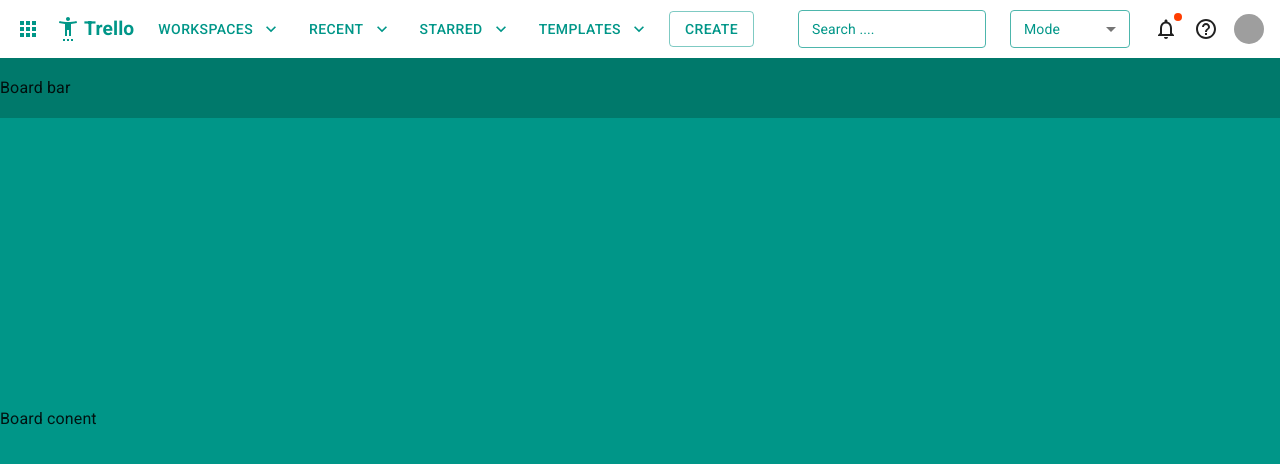
Repository: kieuduc123/trello_web
Page: /
The author's editor kept a copy of each file at every save. The page is drawn from the files as they stood at one save, then again after the next save.
The browser window is 1280 px wide. The pictures show the whole page.
Pictures or frames that could not be fetched are drawn as grey boxes. The project was rebuilt for these pictures with package versions that can differ from the ones it lists, and the page was loaded fresh each time. Also part of the build but not shown: vite.config.js.

Above is the page before, as saved 2024-03-15 11:48:50.

After the next save:
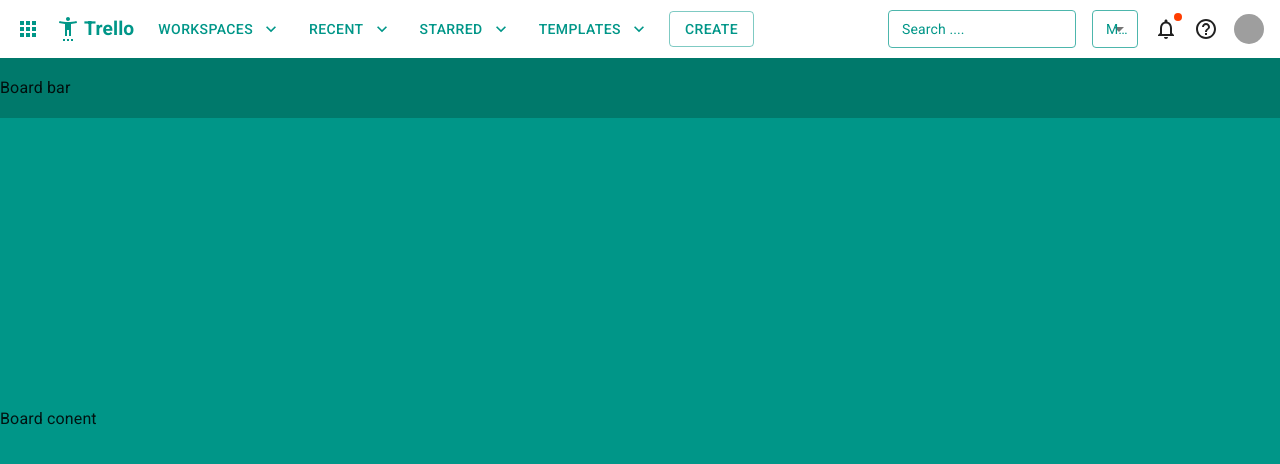
Saved 24 s later.
--- a/src/components/ModeSelect/ModeToggle.jsx
+++ b/src/components/ModeSelect/ModeToggle.jsx
@@ -1,4 +1,4 @@
-import { Box, Button } from '@mui/material';
+import { Box} from '@mui/material';
 import {
   Experimental_CssVarsProvider as CssVarsProvider,
   experimental_extendTheme as extendTheme,
@@ -17,7 +17,7 @@
     setMode(event.target.value);
   };
  return (
-    <FormControl sx={{ m: 1, minWidth: 120 }} size="small">
+    <FormControl size="small">
       <InputLabel id="label-select-dark-light">Mode</InputLabel>
       <Select
         labelId="label-select-dark-light"
